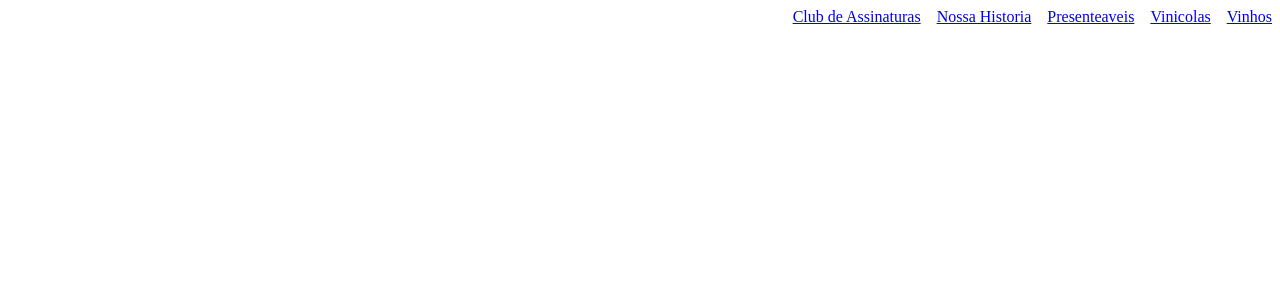
Repository: AbnerSLandim/vinheriaAgnello
Page: http://localhost/vinheriaAgnello/
An editor plug-in stored every save of this project. The page is shown before and after the next save, followed by the edit.
The browser window is 1280 px wide. The pictures show the whole page.
The page is served by Tomcat 10.

Above is the page before, as saved 2025-04-09 17:00:15.

After the next save:
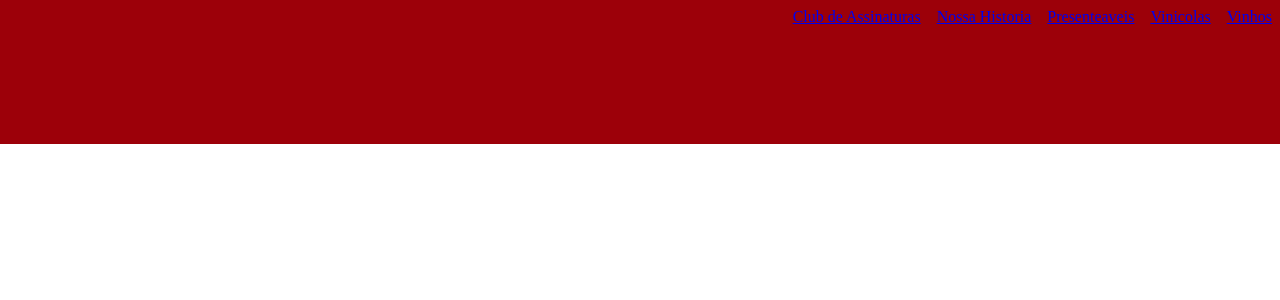
Saved 5 s later.
--- a/vinheriaAgnello/WebContent/content/style.css
+++ b/vinheriaAgnello/WebContent/content/style.css
@@ -4,7 +4,7 @@
 }
 
 #navbar{
-	background: 9C0009;
+	background: #9C0009;
 	height: 20vh;
 }
 
